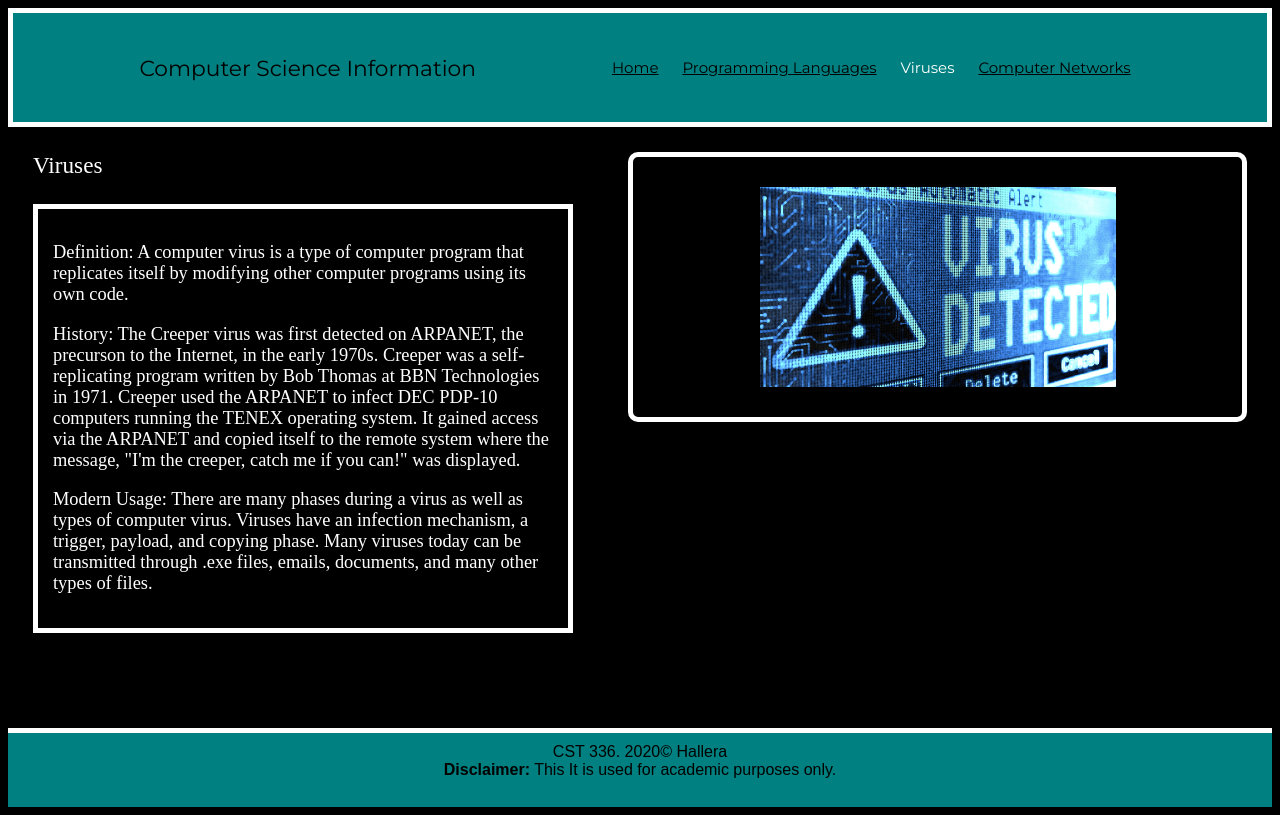
Repository: ElijahHallera/336-Internet-Prog
Page: cst336_spring2020Assignment1-master/cst336_spring2020Assignment1-master/HalleraAssignment1/environment/Viruses.html
The author's editor kept a record of every edit. The page is drawn from the files as they stood at one moment, then again after the next edit.
The browser window is 1280 px wide. The pictures show the whole page.

Above is the page before.

### cst336_spring2020Assignment1-master/cst336_spring2020Assignment1-master/HalleraAssignment1/environment/Viruses.html
<!DOCTYPE html>
<html>
    <head>
        <meta charset = "utf-8" />
        <title> Computer Science Information </title>
        <link href="css/design.css" rel="stylesheet" type = "text/css" />
        <link href="https://fonts.googleapis.com/css?family=Montserrat:400,500&display=swap" rel="stylesheet">
    </head>

    <body>
        <header>
            <name1> Computer Science Information </name1>
            <nav>
                <ul>
                    <li> <a href = "Home.html" > Home </a> </li>
                    <li> <a href = "ProgLang.html"> Programming Languages </a> </li>
                    <li> <a href = "Viruses.html" id = "currentPage"> Viruses </a> </li>
                    <li> <a href = "CompNet.html"> Computer Networks </a> </li>
                </ul>
            </nav>
        </header>

    <figure class = flex-container>
        <img src = "images/VIRUSPHOTO.png" alt = "virus photo" id = "homePhotos">
    </figure>

    <main>
    <p id = "PLhead">Viruses</p2>
    </main>

    <main id = "PLmain">
        <p>Definition: A computer virus is a type of computer program that replicates itself by modifying other computer programs using its own code.</p>
        <p>History: The Creeper virus was first detected on ARPANET, the precurson to the Internet, in the early 1970s.
        Creeper was a  self-replicating program written by Bob Thomas at BBN Technologies in 1971.
        Creeper used the ARPANET to infect DEC PDP-10 computers running the TENEX operating system.
        It gained access via the ARPANET and copied itself to the remote system where the message, "I'm the creeper, catch me if you can!" was displayed.</p>
        <p>Modern Usage: There are many phases during a virus as well as types of computer virus.
        Viruses have an infection mechanism, a trigger, payload, and copying phase.
        Many viruses today can be transmitted through .exe files, emails, documents, and many other types of files.</p>
    </main>

    <main>
        <p><a href = "https://en.wikipedia.org/wiki/Computer_virus#Operations_and_functions" id = "sourceText"> Source: https://en.wikipedia.org/wiki/Computer_virus#Operations_and_functions </a></p>
    </main>

    </br>
    </br>

     <footer>
        <font size = "3.5">
        CST 336. 2020&copy; Hallera <br />
        <strong>Disclaimer:</strong> This
        It is used for academic purposes only. <br />
        </font>
        <br />

    </footer>

    </body>

</html>

### cst336_spring2020Assignment1-master/cst336_spring2020Assignment1-master/HalleraAssignment1/environment/css/design.css
body {
    background-color: black;
}

header {
    position: sticky; /* used new feature we learned in class which is position */
    top: 0;
    background-color: teal;
    font-family: "Montserrat", sans-serif;
    font-size: 15px;
    display: flex;
    justify-content: space-between;
    align-items: center;
    padding: 30px 10%;
    border: 5px solid white;
}

main {
    color: white;
    text-align: left;
}

name1 {
    font-size: 1.45em;
}

nav li:hover{ /*pseudo class*/
    font-size: 1.10em;
    transition: .9s; /* transition effect */
}

li {
    list-style: none; /*gets rid of bullet points*/
    display: inline-block; /* allows me to get horizontal tabs */
    padding-left: 10px;
    padding-right: 10px;
}

a { /* links within "nav" container */
    font-size: 1em;
    color: black; /* by default, links are blue */
    border-radius: 15px;
    justify-content: space-between;
}

#currentPage {
    font-size: 1em;
    text-decoration: none; /* removes underline */
    color: white; /* by default, links are blue */
}

#welcomeText{
    color: white;
    font-size: 25px;
    text-align: center;
    bottom: 10px;
}

#boxModel {
  width: 1215px;
  length: 600px;
  border: 5px solid white;
  padding: 25px;
  margin: 0px; /* I want my box aligned with welcomeText and NavBar */
  text-align: center;
  font-size: 1.15em;
}

ol, li2 {
    display: block;
    padding: 10px;
}

.flex-container{
  display: flex;
  float: right;
  justify-content: space-between;
  padding: 30px 10%;
  border: 5px solid white;
  border-radius: 10px;
  margin: 25px;
}

#testingIMG{
    position: static;
    top: 0px;
    right: 0px;
    color: white;
}

#PLmain{
  width: 500px;
  length: 500px;
  border: 5px solid white;
  padding: 15px;
  margin: 25px; /* I want my box aligned with welcomeText and NavBar */
  text-align: left;
  font-size: 1.15em;
}

#PLhead{
  font-size: 1.45em;
  margin: 25px;
}

footer {
    padding: 10px;
    background-color: teal;
    clear: left;
    text-align: center;
    font-family: 'Source Sans Pro', sans-serif;
    color: black;
    border-top: 5px solid white;
}

After the next edit:
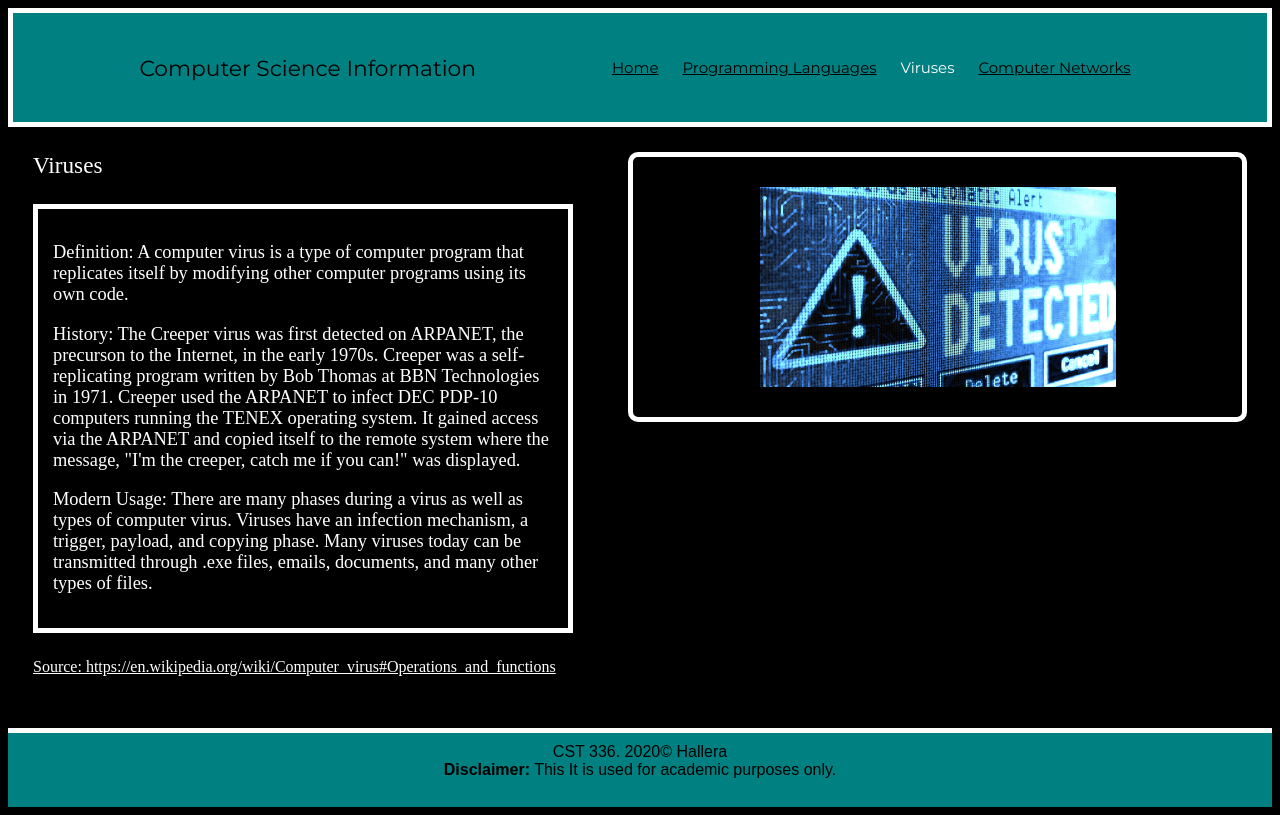
The edit:
--- a/cst336_spring2020Assignment1-master/cst336_spring2020Assignment1-master/HalleraAssignment1/environment/css/design.css
+++ b/cst336_spring2020Assignment1-master/cst336_spring2020Assignment1-master/HalleraAssignment1/environment/css/design.css
@@ -112,3 +112,8 @@
     color: black;
     border-top: 5px solid white;
 }
+
+#sourceText{
+    color: white;
+    margin: 25px;
+}
